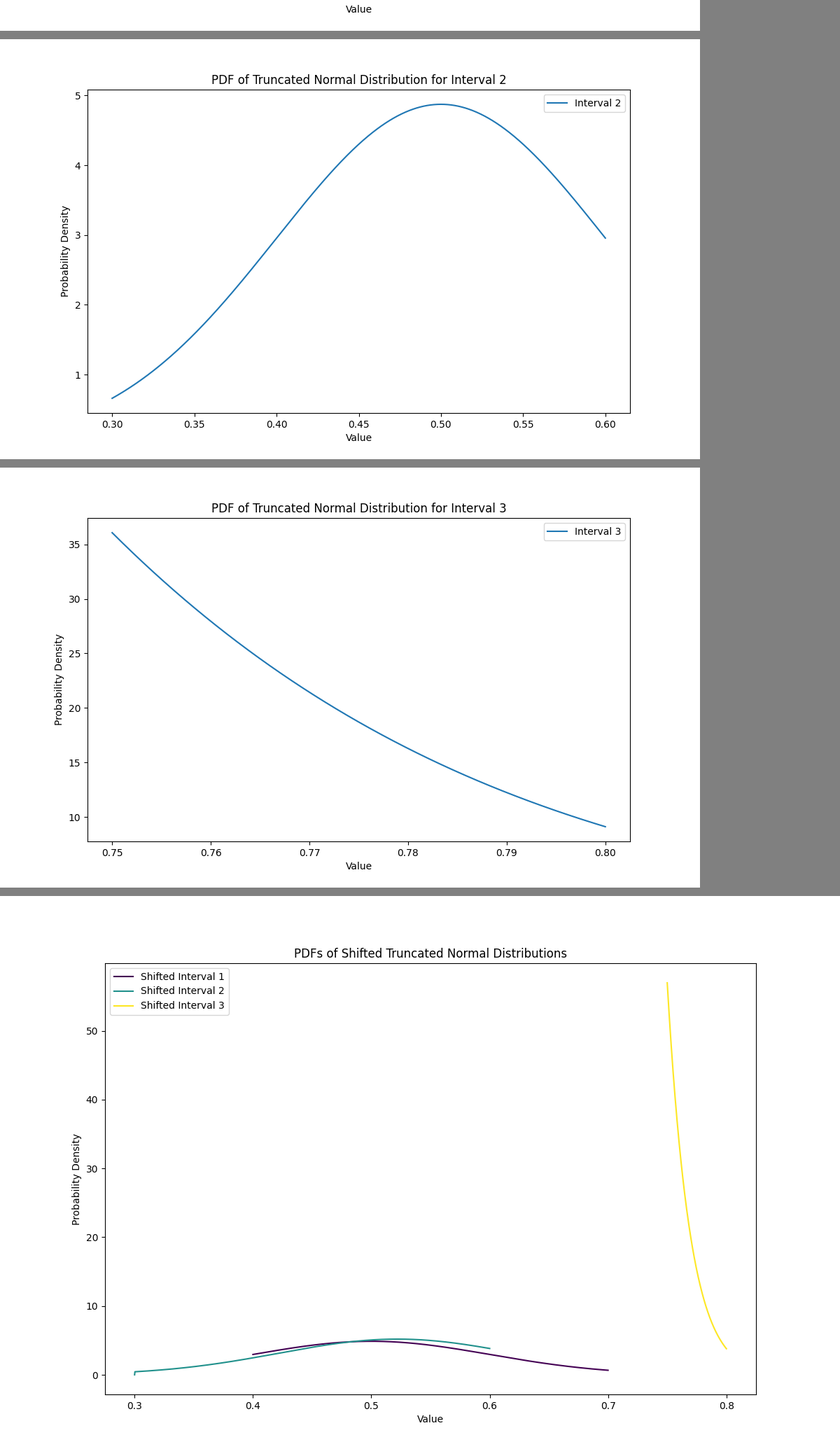
Repository: KrystofM/stealing-part-lm-supplementary-plaid
Script's output: python optimize_logit_queries/askers/some_one_over_n_copy.py
These files come from the project's save history. The script's output is drawn as it stood at one moment and after the next save; the edit follows.
The pictures show rows 556 to 2636 of an output 2636 px tall, at 70% of full size.
Each picture stacks the figures in order, with grey between them; figures that are only written to a file come last. Random numbers start from a fixed seed.

Above is the script's output before, as saved 2024-06-20 15:53:34.

### optimize_logit_queries/askers/some_one_over_n_copy.py
import numpy as np
import scipy.integrate as integrate
from scipy.stats import truncnorm

def sample_truncated_normal(l_i, h_i, n, mean, std):
    # Create the truncated normal distribution
    dist = truncnorm((l_i - mean) / std, (h_i - mean) / std, loc=mean, scale=std)

    # Sample n many samples from the truncated normal distribution
    samples = dist.rvs(size=n)

    return samples

# Vectorized version
# P(P_i + r_i < P_n) = (1/n)^(1/(n-1)
def calculate_product_d_vectorized(l_i, h_i, r_i, l_n, h_n, mu, sigma):
    tnormI = truncnorm((l_i - mu) / sigma, (h_i - mu) / sigma, loc=mu, scale=sigma)
    tnormN = truncnorm((l_n - mu) / sigma, (h_n - mu) / sigma, loc=mu, scale=sigma)

    y_values = np.linspace(l_n, h_n, 1000)  # Adjust the number of points for accuracy/speed trade-off
    tnormN_pdf = tnormN.pdf(y_values)
    cdf_values = tnormI.cdf(y_values - r_i)
    min_max_values = np.minimum(np.maximum(cdf_values, 0), 1)
    integrand_values = min_max_values * tnormN_pdf
    integral = np.trapz(integrand_values, y_values)  # Use trapezoidal rule for integration

    return integral

def find_r_i(l_i, h_i, l_n, h_n, mu, sigma, n):
    lower_bound = l_n - h_i
    upper_bound = h_n - l_i
    r_i = None
    min_diff = float('inf')
    min_r_i = None
    precision = 100
    for r in range(precision):
        r_i = lower_bound + (upper_bound - lower_bound) * r / precision
        diff = abs(calculate_product_d_vectorized(l_i, h_i, r_i, l_n, h_n, mu, sigma) - (1/n)**(1/(n-1)))
        if diff < min_diff:
            min_diff = diff
            min_r_i = r_i
    return min_r_i, min_diff

# Binary search to find r_i such that G(r_i) = 1/n
# tolerance = 1e-3
mu = 0.5
sigma = 0.1
low = [0.4, 0.3, 0.75]
high = [0.7, 0.6, 0.8]
# low = [0.3, 0.8, 0.999]
# high = [0.4, 0.9, 1]
n=len(low)

# fix some low[i] and high[i] and find all r_j j!=i
i=0
l_n = low[i]
h_n = high[i]
r_values = [0]*n
for j in range(n):
    if j != i:
        l_i = low[j]
        h_i = high[j]
        min_r_i, min_diff = find_r_i(l_i, h_i, l_n, h_n, mu, sigma, n)
        print(f"best value of r_i: {min_r_i}")
        print(f"best diff: {min_diff}")
        r_values[j] = min_r_i
print(r_values)

###### TESTING ########

def err(probabilities):
    # list of 1/n values
    correct = np.full(len(probabilities), 1/len(probabilities))
    # l2 norm of the difference between the correct values and the observed values
    return np.linalg.norm(correct - probabilities)

num_samples = 100000
# Initialize counts
max_indexes = np.zeros(n)
baseline_max_indexes = np.zeros(n)

# Sample all at once
samples = np.array([sample_truncated_normal(low[j], high[j], num_samples, mu, sigma) for j in range(n)])
print(samples.shape)

# calculate how many times is

# Fraction of time each i (n) is bigger than j + r_values[j] ~~ should be (1/n)^(1/(n-1))
proportion = np.mean(samples + np.array(r_values)[:, None] < samples[i], axis=1)
print("Proportion: i > j + r_j")
print(proportion)

# Calculate max values for baseline and optimized
baseline_max_values = np.max(samples, axis=0)
max_values = np.max(samples + np.array(r_values)[:, None], axis=0)

# Determine max indexes
baseline_max_indexes = np.argmax(samples, axis=0)
max_indexes = np.argmax(samples + np.array(r_values)[:, None], axis=0)
print(max_indexes.shape)
print(max_indexes[:10])

# Count occurrences
baseline_counts = np.bincount(baseline_max_indexes, minlength=n)
max_counts = np.bincount(max_indexes, minlength=n)
print(max_counts)

# Normalize counts to probabilities
baseline_probabilities = baseline_counts / num_samples
max_probabilities = max_counts / num_samples

print("Baseline")
print(err(baseline_probabilities))
print(baseline_probabilities)

print("Optimized")
print(err(max_probabilities))
print(max_probabilities)



# plot the pdf of the truncated normal distribution for each interval in separate plots
import matplotlib.pyplot as plt
for i in range(n):
    plt.figure(figsize=(10, 6))
    x = np.linspace(low[i], high[i], 1000)
    dist = truncnorm((low[i] - mu) / sigma, (high[i] - mu) / sigma, loc=mu, scale=sigma)
    plt.plot(x, dist.pdf(x), label=f'Interval {i+1}')
    plt.xlabel('Value')
    plt.ylabel('Probability Density')
    plt.title(f'PDF of Truncated Normal Distribution for Interval {i+1}')
    plt.legend()
    plt.show()

# plot the pdfs of the shifted truncated normal distributions over each other
plt.figure(figsize=(12, 8))
colors = plt.cm.viridis(np.linspace(0, 1, n))
for i in range(n):
    x = np.linspace(low[i], high[i], 1000)
    shifted_dist = truncnorm((low[i] - mu - r_values[i]) / sigma, (high[i] - mu - r_values[i]) / sigma, loc=mu + r_values[i], scale=sigma)
    plt.plot(x, shifted_dist.pdf(x), color=colors[i], label=f'Shifted Interval {i+1}')
plt.xlabel('Value')
plt.ylabel('Probability Density')
plt.title('PDFs of Shifted Truncated Normal Distributions')
plt.legend()
plt.show()

After the next save:
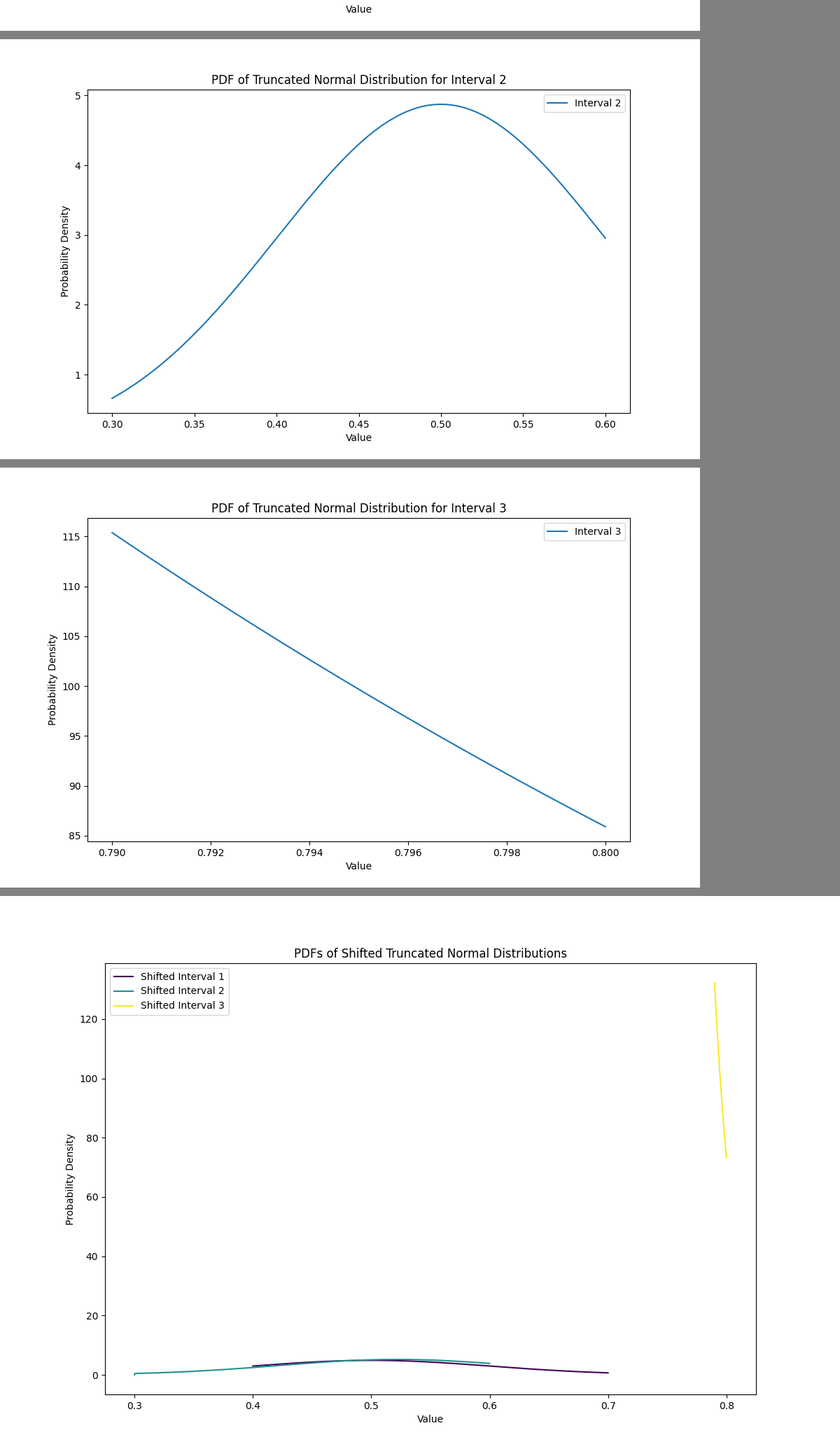
Saved 31 s later.
--- a/optimize_logit_queries/askers/some_one_over_n_copy.py
+++ b/optimize_logit_queries/askers/some_one_over_n_copy.py
@@ -45,7 +45,7 @@ def find_r_i(l_i, h_i, l_n, h_n, mu, sigma, n):
 # tolerance = 1e-3
 mu = 0.5
 sigma = 0.1
-low = [0.4, 0.3, 0.75]
+low = [0.4, 0.3, 0.79]
 high = [0.7, 0.6, 0.8]
 # low = [0.3, 0.8, 0.999]
 # high = [0.4, 0.9, 1]
